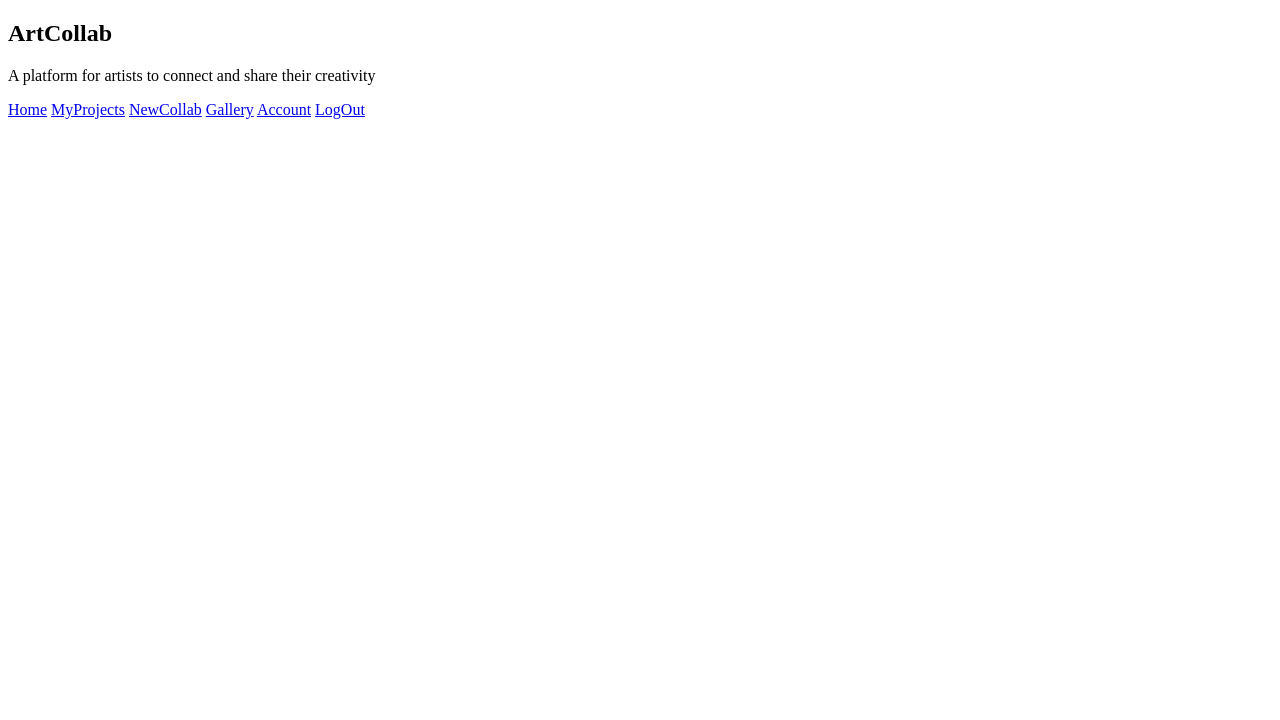
Repository: jeevanReddyP/ArtCollab_App
Page: dashboard.html
These files come from the project's save history. The page is drawn as it stood at one moment and after a run of saves; the edit follows.
The browser window is 1280 px wide. The pictures show the whole page.

Above is the page before, as saved 2025-06-12 18:11:19.

After the next 5 saves:
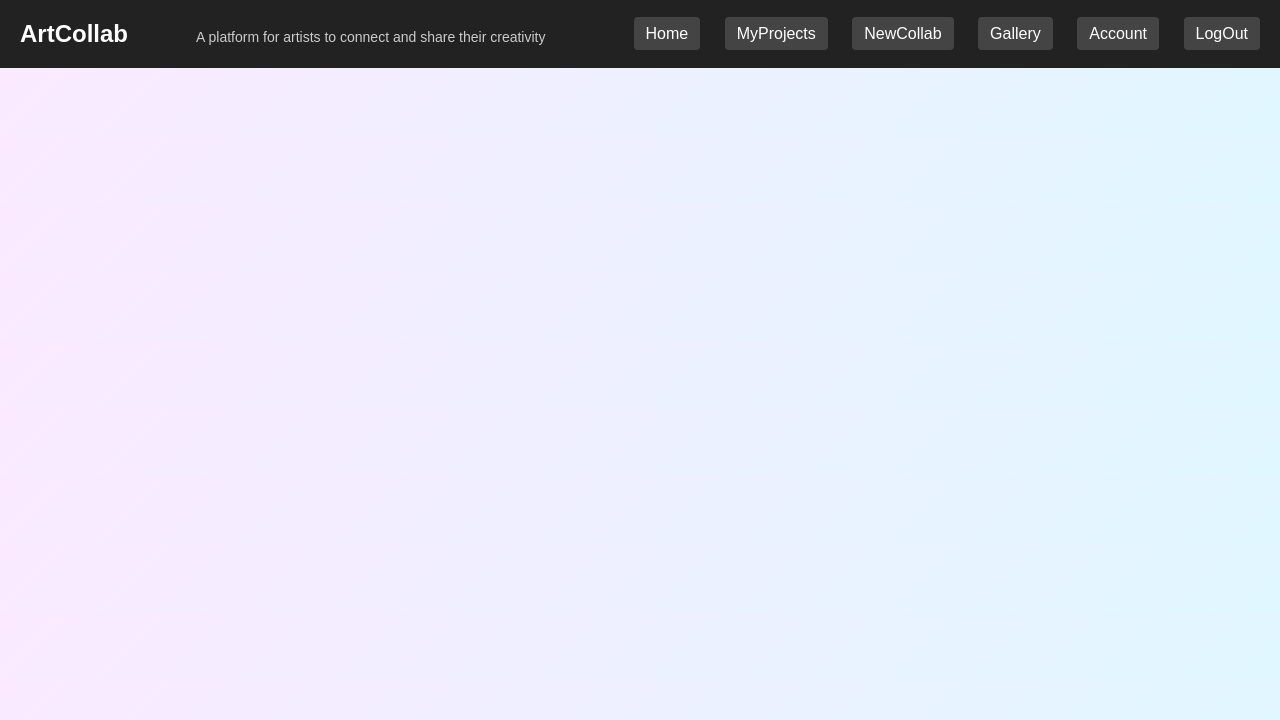
The 5 saves are shown as one change because they came seconds apart.
The last was saved 10 s later.
--- a/dashboard.html
+++ b/dashboard.html
@@ -4,7 +4,46 @@
     <meta charset="UTF-8">
     <meta name="viewport" content="width=device-width, initial-scale=1.0">
     <title>Document</title>
+    <style>
+        body {
+  margin: 0;
+  font-family: sans-serif;
+  background: linear-gradient(135deg, #fbeaff, #e0f7ff);
+  color: #333;
+}
+#home-page {
+  padding: 40px;
+  background: linear-gradient(135deg, #fbeaff, #e0f7ff);
+}
 
+#navbar{
+background-color:#222;
+color: white;
+display: flex;
+padding: 20px;
+justify-content: space-between;
+align-items: center;
+flex-wrap: wrap;
+}
+#navbar h2{
+   margin: 0;
+   font-size: 24px;
+}
+#navbar p{
+    margin: 5px 0 0 0;
+    font-size: 14px;
+    color: #ccc;
+}
+.links a{
+margin-left: 20px;
+text-decoration: none;
+color: white;
+background-color: #444;
+padding: 8px 12px;
+border-radius: 4px;
+transition: background-color 0.3s;
+}
+    </style>
 </head>
 <body>
     <div id="navbar">
